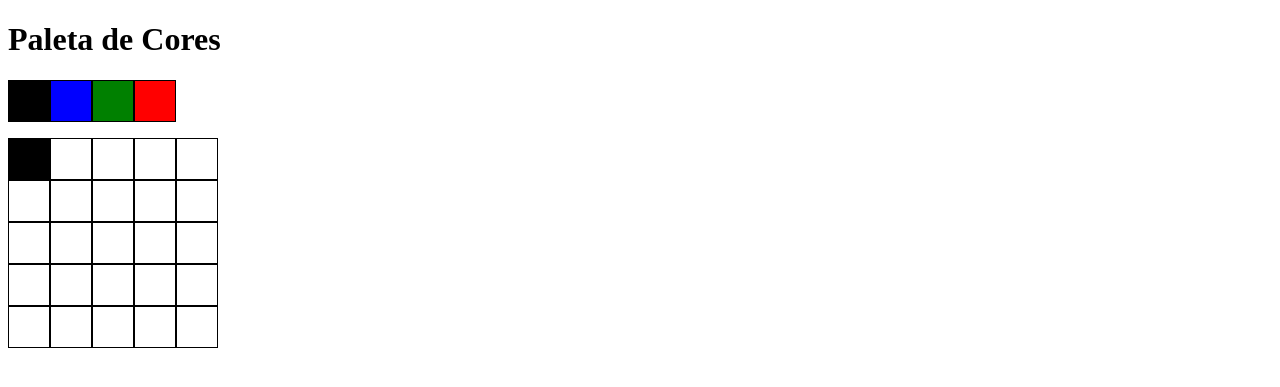
Repository: MuriloColleti/project-Pixer-Art
Page: index.html
These files come from the project's save history. The page is drawn as it stood at one moment and after the next save; the edit follows.
The browser window is 1280 px wide. The pictures show the whole page.
After loading, the first visible `div.pixel` was clicked once.

Above is the page before, as saved 2024-02-06 14:30:17.

### index.html
<!DOCTYPE html>
<html lang="en">
<head>
    <meta charset="UTF-8">
    <meta name="viewport" content="width=device-width, initial-scale=1.0">
    <link rel="stylesheet" href="style.css">
    <title>Paleta de Cores</title>
</head>

<body>
    <header> <h1 id="title"> Paleta de Cores </h1> </header>

<div class="pallet-container">
    <div class="square black color"></div>
    <div class="square blue color"></div>
    <div class="square green color"></div>
    <div class="square red color"></div>
</div>
    <main id="pixel-board"></main>

</body>

<script src="script.js"></script>

</html>

### style.css
.black{
    background-color: black;
}

.blue{
    background-color: blue;
}

.red{
    background-color: red;
}

.green{
    background-color: green;
}

.square{
    width: 40px;
    height: 40px;
    border: 1px solid black;
}

.pallet-container{
    display: flex;
    margin-bottom: 1rem;
}

.pixel{
    width: 40px;
    height: 40px;
    border: 1px solid black;
    display: flex;
}

#pixel-board{

    display: flex;
    flex-direction: column;
    justify-content: center;

}

.line{
    display: flex;
}

### script.js
var pixeltable = document.getElementById('pixel-board');

for(linha = 0; linha < 5; linha += 1){

    var newLine = document.createElement('div')
    newLine.classList.add('line')
    pixeltable.appendChild(newLine);

    for(pixel = 0; pixel < 5; pixel += 1){
    var newPixel = document.createElement('div')
    newPixel.classList.add('pixel')
    newPixel.addEventListener('click', paintpixel);
    newLine.appendChild(newPixel)
    }
}

function paintpixel(){
    this.style.backgroundColor = 'black';
}

After the next save:
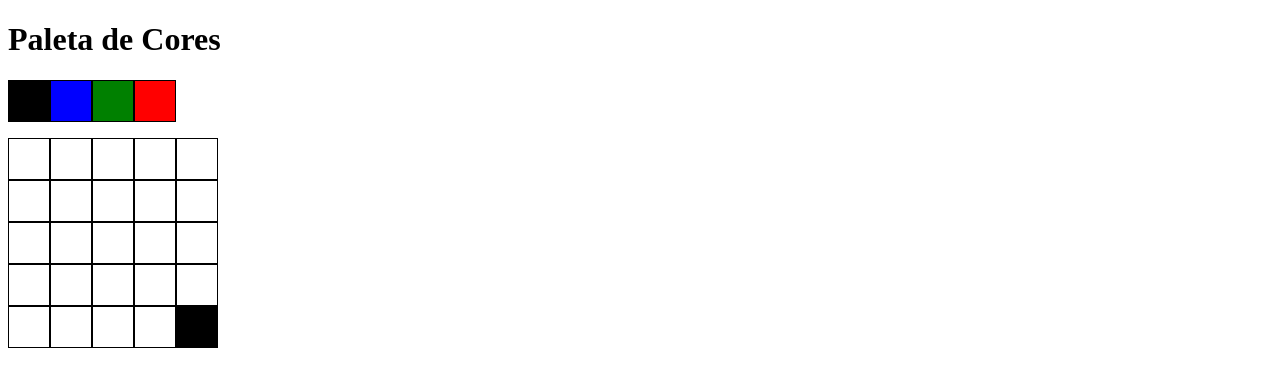
Saved 37 s later.
--- a/script.js
+++ b/script.js
@@ -15,5 +15,5 @@ for(linha = 0; linha < 5; linha += 1){
 }
 
 function paintpixel(){
-    this.style.backgroundColor = 'black';
+    newPixel.style.backgroundColor = 'black';
 }
